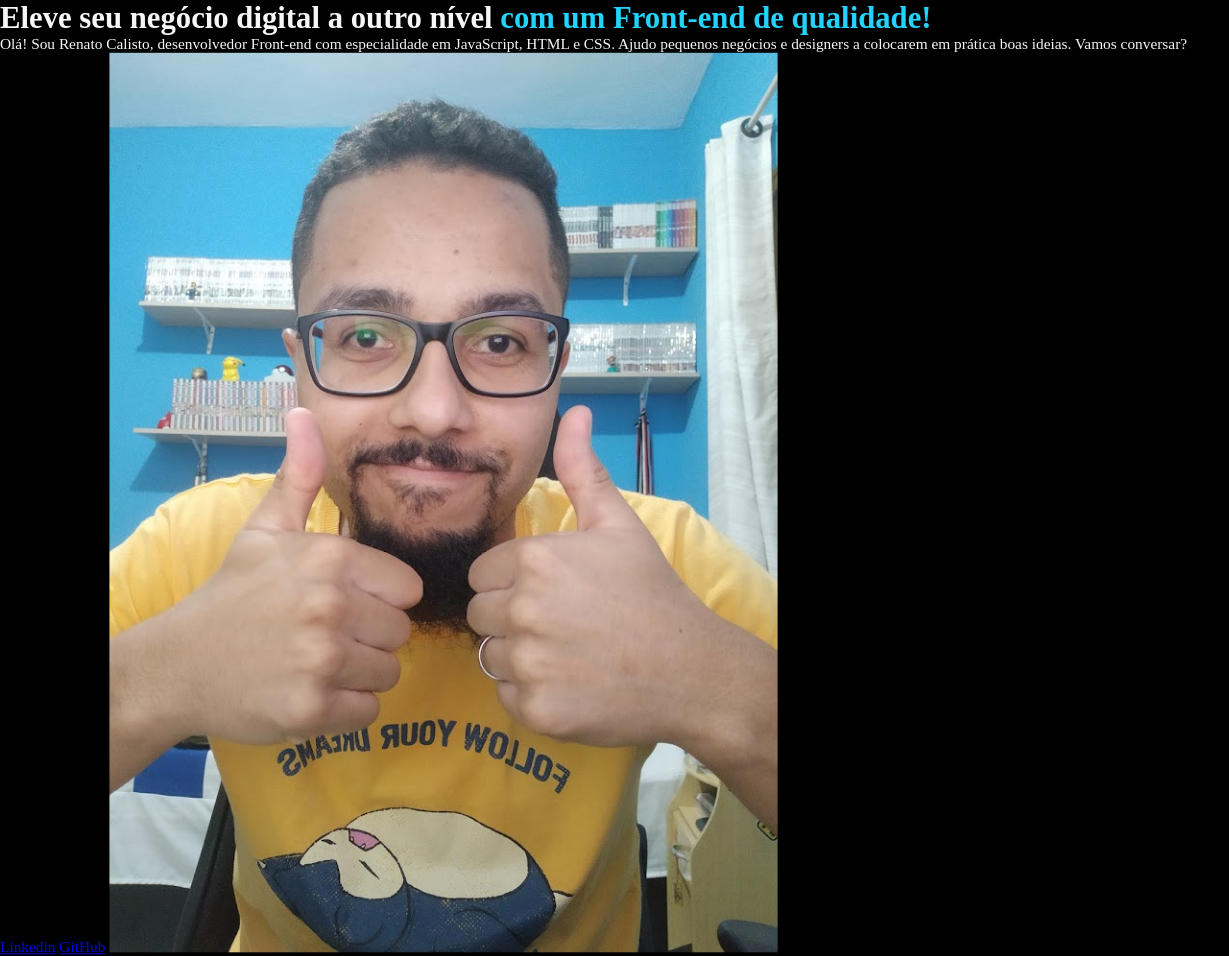
Repository: RenatoCCS/Portfolio_Alura
Page: index.html
These files come from the project's save history. The page is drawn as it stood at one moment and after the next save; the edit follows.
The browser window is 1280 px wide. The pictures show the whole page, at 96% of full size.

Above is the page before, as saved 2023-02-24 12:04:20.

### index.html
<!DOCTYPE html>
<html lang="pt-br">
  <head>
    <meta charset="UTF-8" />
    <meta http-equiv="X-UA-Compatible" content="IE=edge" />
    <meta name="viewport" content="width=device-width, initial-scale=1.0" />
    <title>Portfolio</title>
    <link rel="stylesheet" href="style.css" />
  </head>
  <body>
    <header></header>
    <main>
      <h1>
        Eleve seu negócio digital a outro nível
        <strong class="titulo-destaque">
          com um Front-end de qualidade!
        </strong>
      </h1>
      <p>
        Olá! Sou Renato Calisto, desenvolvedor Front-end com especialidade em
        JavaScript, HTML e CSS. Ajudo pequenos negócios e designers a colocarem
        em prática boas ideias. Vamos conversar?
      </p>
      <a href="https://www.linkedin.com/in/renatocalisto/">Linkedin</a>
      <a href="https://github.com/RenatoCCS">GitHub</a>
      <img
        src="renato.jpg"
        alt="Renato fazendo sinal de positivo com ambas as mãos"
      />
    </main>
    <footer></footer>
  </body>
</html>

### style.css
* {
  margin: 0;
  padding: 0;
}

body {
  background-color: #000000;
  color: #f6f6f6;
}

.titulo-destaque {
  color: #22d4fd;
}

After the next save:
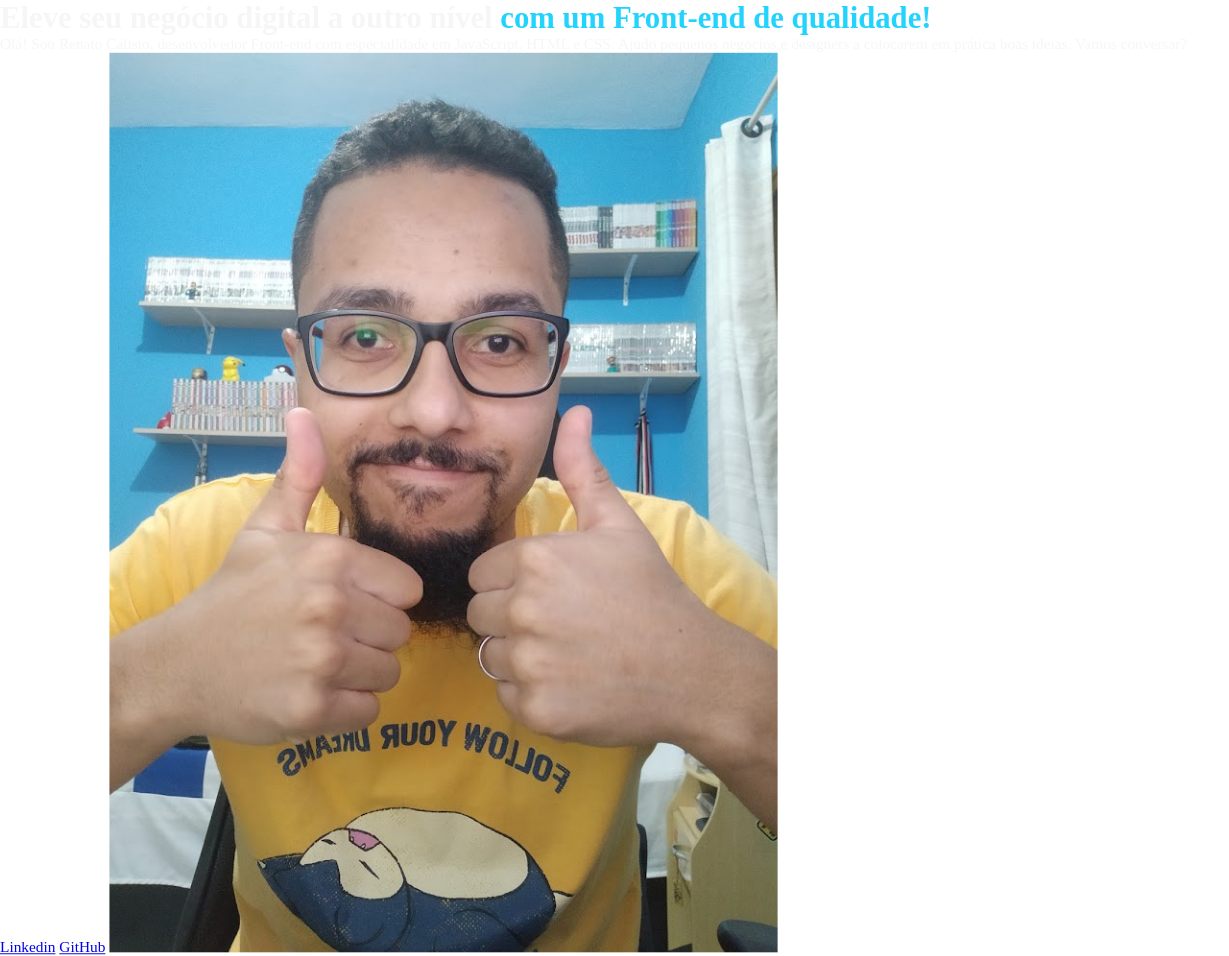
Saved 85 min 19 s later.
--- a/style.css
+++ b/style.css
@@ -4,6 +4,7 @@
 }
 
 body {
+  height: 100vh
   background-color: #000000;
   color: #f6f6f6;
 }

After the save that followed:
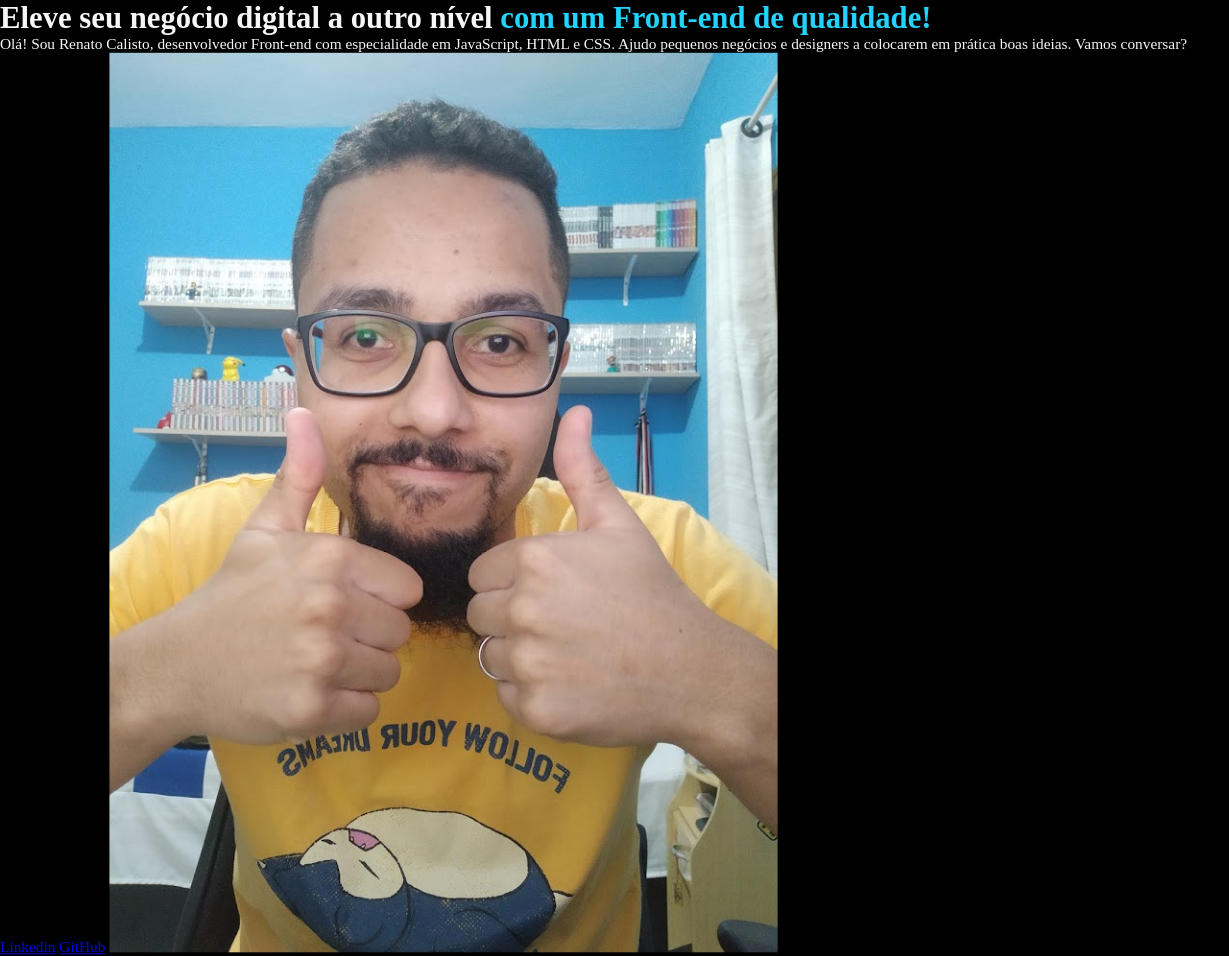
Saved 19 s later.
--- a/style.css
+++ b/style.css
@@ -4,7 +4,7 @@
 }
 
 body {
-  height: 100vh
+  height: 100vh;
   background-color: #000000;
   color: #f6f6f6;
 }
